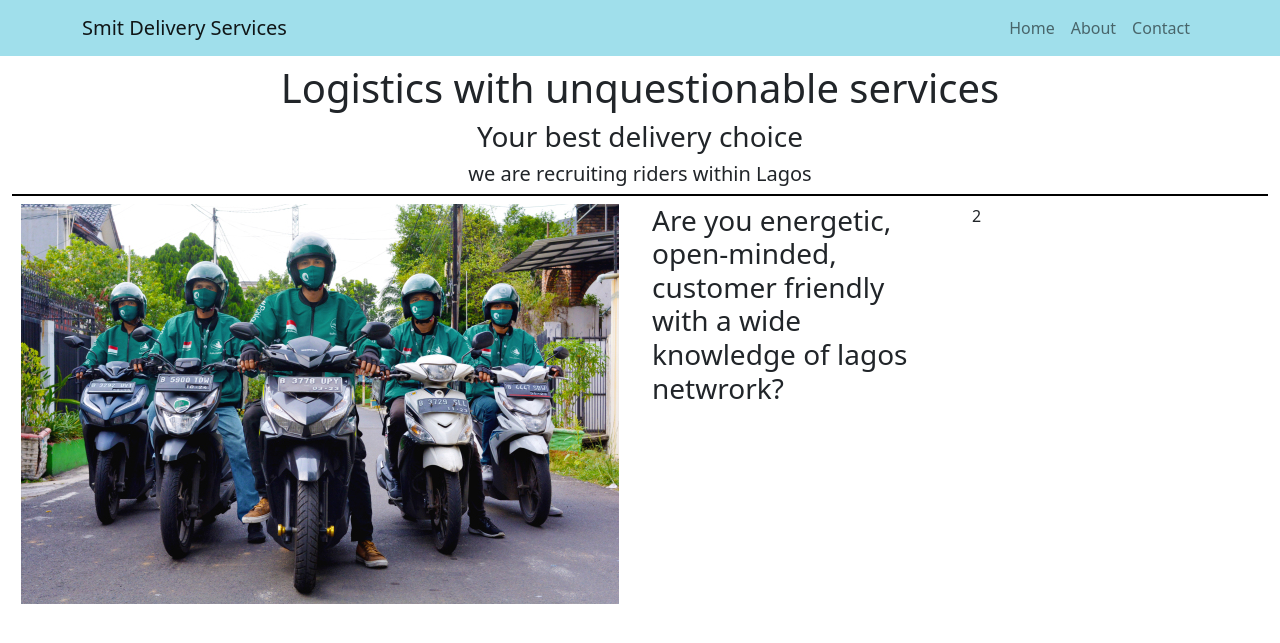
Repository: smit1298/logistic
Page: /
These files come from the project's save history. The page is drawn as it stood at one moment and after a run of saves; the edit follows.
The browser window is 1280 px wide. The pictures show the whole page.
The project was rebuilt for these pictures with package versions that can differ from the ones it lists, and the page was loaded fresh each time.

Above is the page before, as saved 2021-10-04 08:15:10.

After the next 2 saves:
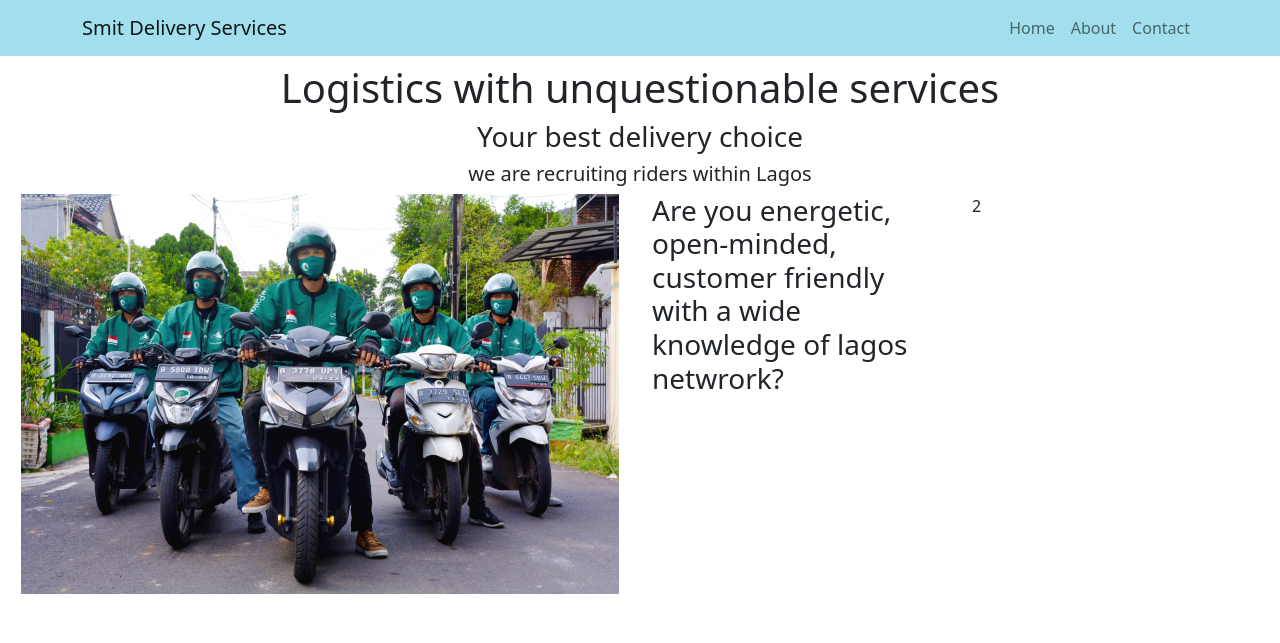
The 2 saves are shown as one change because they came seconds apart.
The last was saved 90 s later.
--- a/src/components/recruit/RecruitForm.css
+++ b/src/components/recruit/RecruitForm.css
@@ -2,6 +2,8 @@
 html {
   height: 100% !important;
 }
+
+h1
 
 #top {
     border-bottom: 2px solid black;

After the 2 saves that followed:
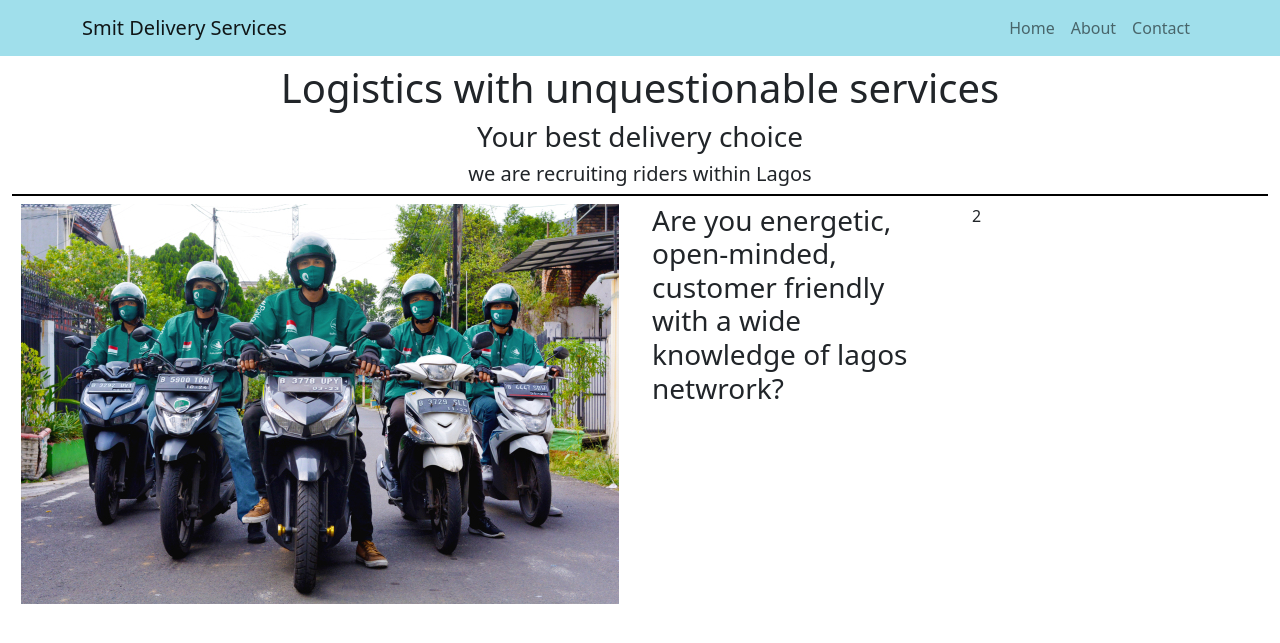
The 2 saves are shown as one change because they came seconds apart.
The last was saved 5 s later.
--- a/src/components/recruit/RecruitForm.css
+++ b/src/components/recruit/RecruitForm.css
@@ -3,7 +3,9 @@
   height: 100% !important;
 }
 
-h1
+h1{
+
+}
 
 #top {
     border-bottom: 2px solid black;
